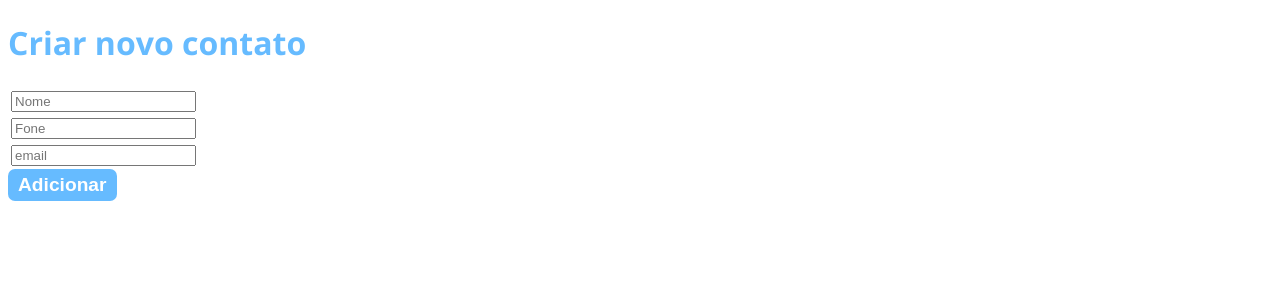
Repository: ricardoalves21/JavaWeb
Page: http://localhost/agenda/novo.html
The author's editor kept a copy of each file at every save. The page is drawn from the files as they stood at one save, then again after the next save.
The browser window is 1280 px wide. The pictures show the whole page.
The page is served by Tomcat 9. Other server files are loaded and not shown.

Above is the page before, as saved 2021-06-14 16:15:53.

### projeto_agenda/agenda/WebContent/novo.html
<!DOCTYPE html>
<html lang="pt-br">
<head>
<meta charset="utf-8">
<title>Agenda de Contatos</title>
<link rel="icon" href="imagens/Graphicloads-100-Flat-Phone.ico">
<link rel="stylesheet" href="style.css">
</head>
<body>
	<h1>Criar novo contato</h1>
	<form name="frmContato" action="">
		<table>
			<tr>
				<td><input type="text" name="nome" placeholder="Nome" class="Caixa1"></td>
			</tr>
			<tr>
				<td><input type="text" name="fone" placeholder="Fone"></td>
			</tr>
			<tr>
				<td><input type="text" name="email" placeholder="email" class="Caixa1"></td>
			</tr>
		</table>
		<input type="button" value="Adicionar" class="Botao1">
	</form>
</body>
</html>

### projeto_agenda/agenda/WebContent/style.css
@charset "utf-8";
@import url('https://fonts.googleapis.com/css2?family=Open+Sans:wght@400;700&display=swap');

body {
	font-family: 'Open Sans', sans-serif;
	font-size: 1em;
	font-weight: 400;
}

h1 {
	color: #66bbff;
}

.Botao1 {
	text-decoration: none;
	background-color: #66bbff;
	padding: 5px 10px 5px 10px;
	border-radius: 7px;
	color: #fff;
	font-size: 1.2em;
	font-weight: 700;
	border: 0;
	cursor: pointer;
}

After the next save:
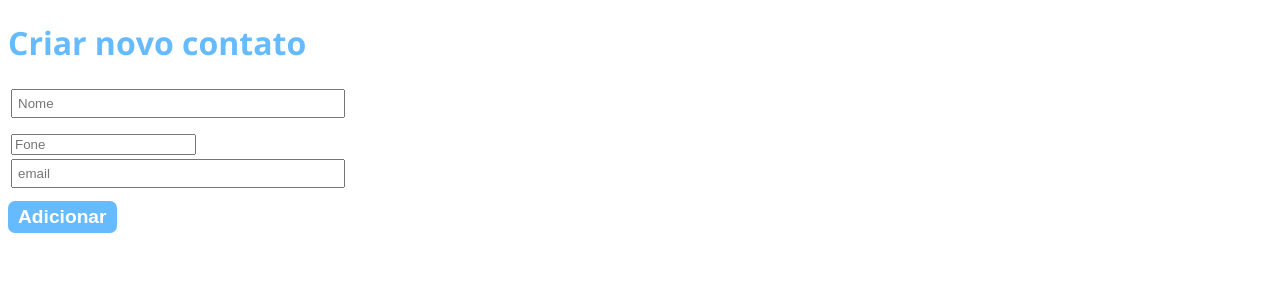
Saved 58 s later.
--- a/projeto_agenda/agenda/WebContent/style.css
+++ b/projeto_agenda/agenda/WebContent/style.css
@@ -22,3 +22,9 @@ h1 {
 	border: 0;
 	cursor: pointer;
 }
+
+.Caixa1 {
+	width: 320px;
+	padding: 5px;
+	margin-bottom: 10px;
+}
